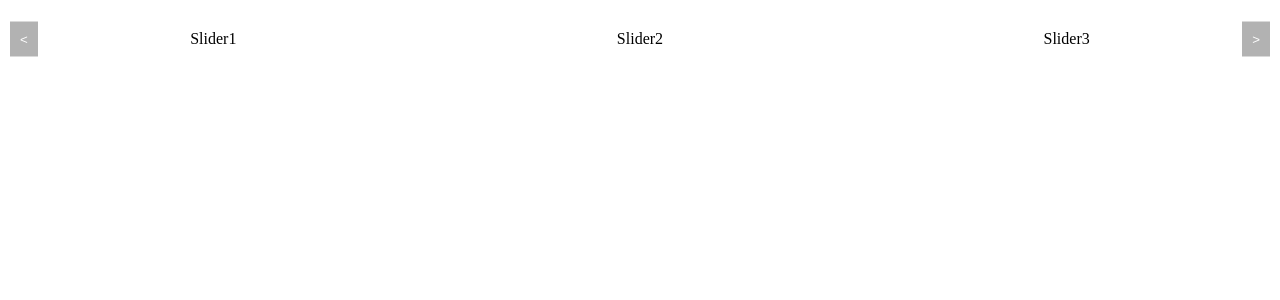
Repository: hoangan3526/Slideslip
Page: slidezy.html
These files come from the project's save history. The page is drawn as it stood at one moment and after the next save; the edit follows.
The browser window is 1280 px wide. The pictures show the whole page.

Above is the page before, as saved 2026-05-15 14:15:50.

### slidezy.html
<!doctype html>
<html lang="en">
  <head>
    <meta charset="UTF-8" />
    <meta name="viewport" content="width=device-width, initial-scale=1.0" />
    <link rel="stylesheet" href="./src/slidezy.css" />
    <title>Slider</title>
    <style>
      * {
        padding: 0;
        margin: 0;
        box-sizing: border-box;
      }

      .slidezy-slide {
        padding: 30px;
        text-align: center;
      }

      .slide-1 {
        background: violet;
      }

      .slide-2 {
        background: orange;
      }

      .slide-3 {
        background: greenyellow;
      }
      .slide-4 {
        background: rgb(238, 130, 197);
      }

      .slide-5 {
        background: rgb(255, 72, 0);
      }

      .slide-6 {
        background: rgb(89, 47, 255);
      }
    </style>
  </head>
  <body>
    <div id="my-slider">
      <div class="slide-1">Slider1</div>
      <div class="slide-2">Slider2</div>
      <div class="slide-3">Slider3</div>
      <div class="slide-4">Slider4</div>
      <div class="slide-5">Slider5</div>
      <div class="slide-6">Slider6</div>
    </div>
    <script src="./src/slidezy.js"></script>
    <script>
      const slide = new Slidezy("#my-slider", {
        items: 3,
        loop: true,
      });
    </script>
  </body>
</html>

### src/slidezy.css
.slidezy-wrapper {
  position: relative;
  width: 100%;
  overflow: hidden;
}

.slidezy-track {
  display: flex;
  transition: transform 0.4s ease-in-out;
}

.slidezy-slide {
  flex: 0 0 auto;
}

.slidezy-prev,
.slidezy-next {
  position: absolute;
  top: 50%;
  transform: translateY(-50%);
  border: none;
  outline: none;
  padding: 10px;
  color: #fff;
  background: rgba(0, 0, 0, 0.3);
}

.slidezy-prev {
  left: 10px;
}

.slidezy-next {
  right: 10px;
}

### src/slidezy.js
function Slidezy(selector, options = {}) {
  this.container = document.querySelector(selector);
  if (!this.container) {
    console.error(`${selector} is not Container`);
    return;
  }
  this.opt = Object.assign({}, options);
  //slidezy-track
  this.slides = Array.from(this.container.children);
  this.opt = Object.assign(
    {
      items: 1,
      loop: false,
    },
    options,
  );
  this.currentIndex = 0;

  this.currentIndex = this.opt.loop ? this.opt.items : 0;

  console.log(this.currentIndex);

  this.init();
  this._updatePosition();
}
Slidezy.prototype.init = function () {
  this.container.classList.add("slidezy-wrapper");
  this.createTrack();
  this.createNavigation();
};
Slidezy.prototype.createTrack = function () {
  this.track = document.createElement("div");

  this.track.classList.add("slidezy-track");

  if (this.opt.loop) {
    this.slideHead = this.slides
      .slice(-this.opt.items)
      .map((node) => node.cloneNode(true));
    this.slideTail = this.slides
      .slice(0, this.opt.items)
      .map((node) => node.cloneNode(true));
    this.slides = this.slideHead.concat(this.slides.concat(this.slideTail));
  }

  this.slides.forEach((track) => {
    track.className = "slidezy-slide";
    track.style.flexBasis = `calc(100% / ${this.opt.items})`;
    this.track.appendChild(track);
  });

  this.container.appendChild(this.track);
};
Slidezy.prototype.createNavigation = function () {
  this.prevbtn = document.createElement("button");
  this.nextbtn = document.createElement("button");

  this.prevbtn.textContent = "<";
  this.nextbtn.textContent = ">";

  this.prevbtn.classList.add("slidezy-prev");
  this.nextbtn.classList.add("slidezy-next");

  this.container.append(this.prevbtn, this.nextbtn);
  this.prevbtn.onclick = () => this.moveSlide(-1);
  this.nextbtn.onclick = () => this.moveSlide(1);
};
Slidezy.prototype.moveSlide = function (step) {
  if (this.opt.loop) {
    this.currentIndex =
      (this.currentIndex + step + this.slides.length) % this.slides.length;
  } else {
    this.currentIndex = Math.min(
      Math.max(this.currentIndex + step, 0),
      this.slides.length - this.opt.items,
    );
  }
  this._updatePosition();
};
Slidezy.prototype._updatePosition = function () {
  this.offset = this.currentIndex * -(100 / this.opt.items);

  this.track.style.transform = `translateX(${this.offset}%)`;
};

After the next save:
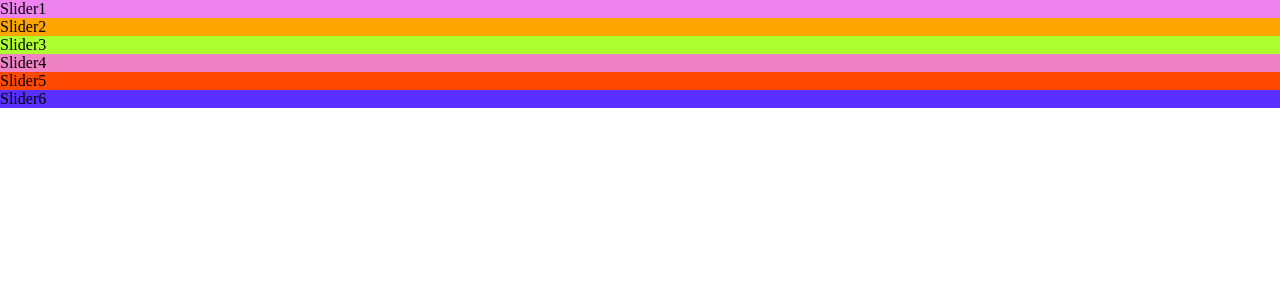
Console error: TypeError: Cannot read properties of undefined (reading 'add')
Saved 55 s later.
--- a/src/slidezy.js
+++ b/src/slidezy.js
@@ -31,7 +31,7 @@
 Slidezy.prototype.createTrack = function () {
   this.track = document.createElement("div");
 
-  this.track.classList.add("slidezy-track");
+  this.track.className = "slidezy-track";
 
   if (this.opt.loop) {
     this.slideHead = this.slides
@@ -44,7 +44,7 @@
   }
 
   this.slides.forEach((track) => {
-    track.className = "slidezy-slide";
+    track.className.classList.add("slidezy-slide");
     track.style.flexBasis = `calc(100% / ${this.opt.items})`;
     this.track.appendChild(track);
   });

After the save that followed:
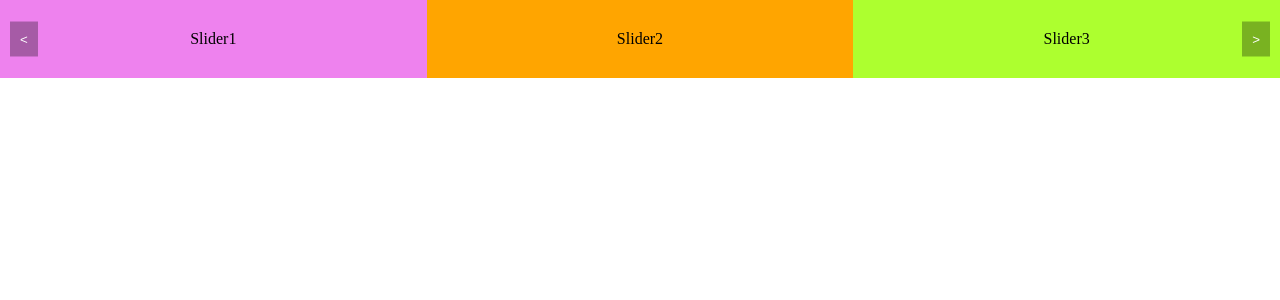
The error is gone.
Saved 23 s later.
--- a/src/slidezy.js
+++ b/src/slidezy.js
@@ -44,7 +44,7 @@
   }
 
   this.slides.forEach((track) => {
-    track.className.classList.add("slidezy-slide");
+    track.classList.add("slidezy-slide");
     track.style.flexBasis = `calc(100% / ${this.opt.items})`;
     this.track.appendChild(track);
   });
